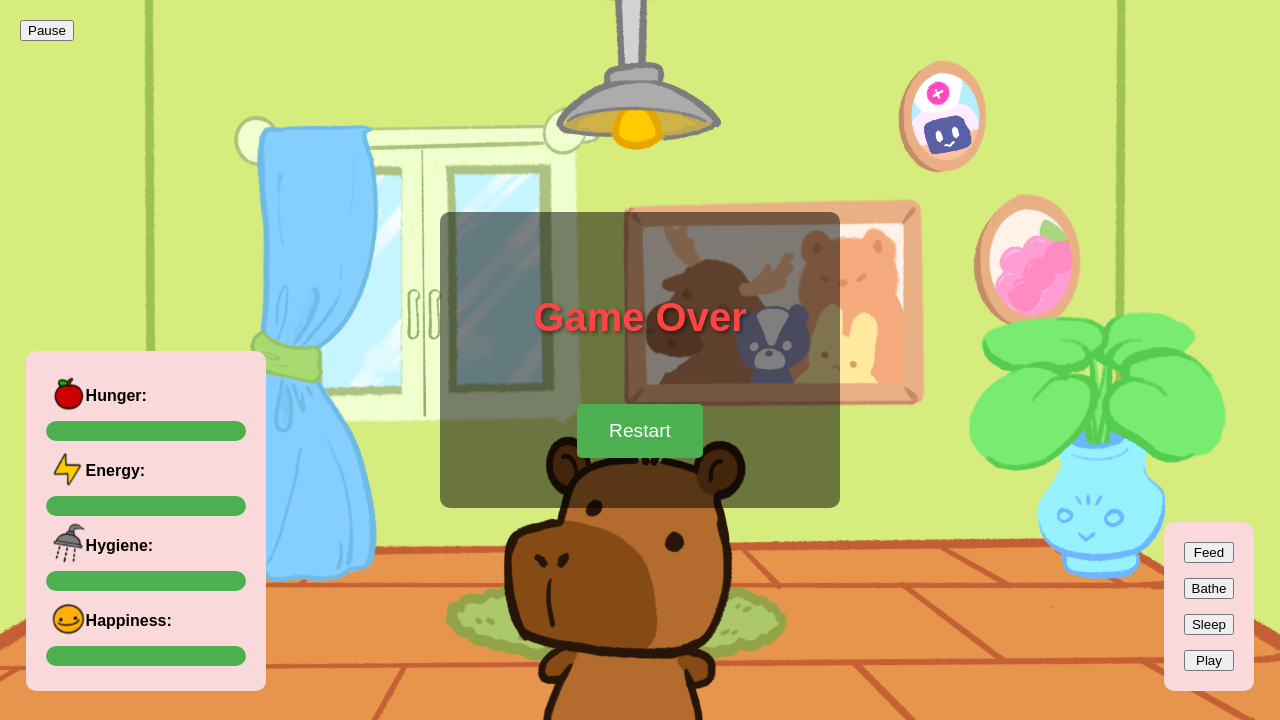
Repository: sarahjx/CapyCare
Page: html/index.html
An editor plug-in stored every save of this project. The page is shown before and after a run of saves, followed by the edit.
The browser window is 1280 px wide. The pictures show the whole page.
Some web fonts or font styles are not loaded; a fallback is used.

Above is the page before, as saved 2025-05-01 14:54:31.
Console error: TypeError: Cannot set properties of null (setting 'innerText')

### html/index.html
<!-- @format -->

<!DOCTYPE html>
<html lang="en">
  <head>
    <meta charset="UTF-8" />
    <meta name="viewport" content="width=device-width, initial-scale=1.0" />
    <title>Virtual Pet Game</title>
    <link rel="preconnect" href="https://fonts.googleapis.com">
    <link rel="preconnect" href="https://fonts.gstatic.com" crossorigin>
    <link href="https://fonts.googleapis.com/css2?family=McLaren&display=swap" rel="stylesheet">
    <link rel="stylesheet" href="../css/statusbar.css" />
  </head>
  <body>

    <div class="pet-container">
      <img class="pet-image" src="../images/capybara.png" alt="capybara" />
    </div>

    <div class="status-bar-container">

      <div class="status-bar">
        <div class="status-icon-container">
        <span class="hunger-icon"><img src="../images/hunger.svg" alt="hunger icon"></span>
        <span class="status-label">Hunger:</span>
        </div>
        <div class="status-progress">
          <div id="hunger-fill" class="status-fill"></div>
        </div>
        <div id="hunger-warning" class="warning"></div>
      </div>

      <div class="status-bar">
        <div class="status-icon-container">
        <span class="energy-icon"><img src="../images/energy.svg" alt="energy icon"></span>
        <span class="status-label">Energy:</span>
        </div>
        <div class="status-progress">
          <div id="energy-fill" class="status-fill"></div>
        </div>
        <div id="energy-warning" class="warning"></div>
      </div>

      <div class="status-bar">
        <div class="status-icon-container">
        <span class="hygiene-icon"><img src="../images/hygiene.svg" alt="hygiene icon"></span>
        <span class="status-label">Hygiene:</span>
        </div>
        <div class="status-progress">
          <div id="hygiene-fill" class="status-fill"></div>
        </div>
        <div id="hygiene-warning" class="warning"></div>
      </div>

      <div class="status-bar">
        <div class="status-icon-container">
        <span class="happiness-icon"><img src="../images/happiness.svg" alt="hygiene icon"></span>
        <span class="status-label">Happiness:</span>
        </div>
        <div class="status-progress">
          <div id="happiness-fill" class="status-fill"></div>
        </div>
        <div id="happiness-warning" class="warning"></div>
      </div>
    </div>

      <div class="action-buttons">
        <button onclick="feedPet(currentPet)">Feed</button>
        <button onclick="bathePet(currentPet)">Bathe</button>
        <button onclick="bedtime(currentPet)">Sleep</button>
        <button onclick="touchPet(currentPet)">Play</button>
      </div>
      <button id="pauseButton" onclick="togglePause()" class="pause-button">
        Pause
      </button>
    </div>

    <div id="gameOverScreen" class="game-over-screen">
      <div class="game-over-content">
        <h2>Game Over</h2>
        <p id="gameOverMessage"></p>
        <button class="restart-button" onclick="resetGame()">Restart</button>
      </div>
    </div>

    <script src="../backend/status.js"></script>
  </body>
</html>

### css/statusbar.css
/** @format */

:root {
  --primary-color: #f9d9d9;
  --secondary-color: #d9e7f9;
  --tertiary-color: #fff1fb;
  --accent-color: #f7efd7;
  --text-color: #333;
  --spacing-xs: 0.5rem;
  --spacing-sm: 0.75rem;
  --spacing-md: 1rem;
  --spacing-lg: 1.5rem;
  --spacing-xl: 2rem;
  --spacing-xxl: 3rem;
  --font-family: "McLaren", sans-serif;
  --font-size-xs: 0.75rem;
  --font-size-sm: 0.875rem;
  --font-size-md: 1rem;
  --font-size-lg: 1.125rem;
  --font-size-xl: 1.25rem;
  --font-size-xxl: 1.5rem;
}

body {
  font-family: var(--font-family);
  margin: 0 auto;
  padding: 20px;
  background-image: url("../images/room.png");
  background-size: cover;
  background-repeat: no-repeat;
  background-attachment: fixed;
  background-position: center;
}

.pet-container {
  display: flex;
  flex-direction: column;
  align-items: center;
  justify-content: center;
}

.pet-image {
  transform: scale(0.3);
  position: fixed;
  margin-top: 1200px;
}

.status-bar-container {
  position: fixed;
  background-color: var(--primary-color);
  padding: 20px;
  border-radius: 10px;
  display: inline-flex;
  flex-direction: column;
  bottom: 4%;
  left: 2%;
}

.status-icon-container {
  display: flex;
  align-items: center;
  margin-bottom: 0;
}

.hunger-icon,
.energy-icon,
.happiness-icon,
.hygiene-icon {
  width: 10px;
  height: auto;
  margin-right: 30px;
}

.status-bar {
  margin: 0;
}

.status-label {
  display: inline-block;
  width: 100px;
  font-weight: bold;
  margin: 0;
}

.status-progress {
  width: 200px;
  height: 20px;
  background-color: #ffffff;
  border-radius: 10px;
  overflow: hidden;
  position: relative;
}

.status-fill {
  height: 100%;
  width: 100%;
  position: absolute;
  left: 0;
  top: 0;
  background-color: #4caf50;
  transition: width 0.3s ease;
}

.status-row {
  display: flex;
  align-items: center;
  gap: 10px;
  margin-bottom: 10px;
}

.status-icon {
  width: 24px;
  height: 24px;
}

.status-value {
  min-width: 50px;
  text-align: right;
  font-weight: bold;
  color: #333;
}

.action-buttons {
  margin-top: 20px;
  display: inline-flex;
  flex-direction: column;
  padding: 20px;
  border-radius: 10px;
  gap: 15px;
  background-color: var(--primary-color);
  position: fixed;
  right: 2%;
  bottom: 4%;
}

button {
ç
}

.restart-button {
  padding-right: 10px;
}

button:hover {
  background-color: #45a049;
}

.warning {
  color: #ff9800;
  font-weight: bold;
  margin-top: 5px;
}

.critical {
  color: #f44336;
  font-weight: bold;
  margin-top: 5px;
}

.hidden {
  display: none;
}

.game-over-overlay {
  position: fixed;
  top: 0;
  left: 0;
  right: 0;
  bottom: 0;
  width: 100vw;
  height: 100vh;
  background-color: rgba(0, 0, 0, 0.2);
  display: none;
  z-index: 1000;
  margin: 0;
  padding: 0;
}

.game-over-content {
  position: fixed;
  display: flex;
  flex-direction: column;
  justify-content: center;
  align-items: center;
  left: 50%;
  top: 50%;
  transform: translate(-50%, -50%);
  padding: 50px;
  background-color: rgba(0, 0, 0, 0.5);
  color: white;
  border-radius: 10px;
  z-index: 1001;
  min-width: 300px;
}

.game-over-content h2 {
  color: #ff4444;
  font-size: 2.5rem;
  text-align: center;
  margin-bottom: 2rem;
  text-shadow: 2px 2px 4px rgba(0, 0, 0, 0.5);
}

.game-over-content button {
  padding: 1rem 2rem;
  font-size: 1.2rem;
  background-color: #4caf50;
  color: white;
  border: none;
  border-radius: 5px;
  cursor: pointer;
  transition: background-color 0.3s;
}

.game-over-content button:hover {
  background-color: #45a049;
}

### backend/status.js
/** @format */

function Personality(favFood, active, clean, clingy, foodLover, introText) {
  this.favFood = favFood;
  this.active = active;
  this.clean = clean;
  this.clingy = clingy;
  this.foodLover = foodLover;
  this.intro = introText;
}

const mix1 = new Personality(
  "Sunfruit",
  true,
  true,
  true,
  true,
  "This pet is energetic and playful, always ready to explore or play. They love the taste of Sunfruit and will happily eat it when offered, but they'll need constant attention, so expect lots of petting and cuddling. Despite their active nature, they stay clean and are easy to bathe. This pet loves affection and will return it in kind!"
);
const mix2 = new Personality(
  "Snakberry",
  true,
  true,
  false,
  true,
  "This pet is full of energy and loves to make the most of their days. They are particularly fond of Snakberries, which they will devour happily, but they tend to get hungry more often due to their high energy levels. Despite their active nature, they keep themselves clean and are easy to bathe. They're not overly clingy, so while they'll happily spend time with you, they won't be demanding affection constantly."
);
const mix3 = new Personality(
  "Dreamleaf",
  false,
  false,
  true,
  false,
  "This pet is laid-back and enjoys spending time with you, always seeking your company. They love Dreamleaf as a treat, but they're not particularly food-driven and don't get hungry as often. While they may get a little dirty from time to time, they tend to move around when you try to bathe them. Expect them to seek out your attention frequently, and be ready to shower them with love when they come to you for pets."
);

const personalities = [mix1, mix2, mix3];

// Global variables
let currentPet = null;
let hunger = 100;
let energy = 100;
let hygiene = 100;
let happiness = 100;
let isGameOver = false;
let isPaused = false;

// Store interval IDs globally
let hungerInterval = null;
let energyInterval = null;
let hygieneInterval = null;
let happinessInterval = null;

// Initialize the game
function initializeGame() {
  currentPet = getRandomPersonality();
  hunger = 100;
  energy = 100;
  hygiene = 100;
  happiness = 100;
  updateStatusBars();
  updateIntervals();
}

function getRandomPersonality() {
  const randomIndex = Math.floor(Math.random() * personalities.length);
  currentPet = personalities[randomIndex];
  console.log("New pet initialized:", currentPet.intro);
  return currentPet;
}

// Personality-based status decrease functions
function decreaseHunger() {
  if (!currentPet || isGameOver) return;
  const decreaseAmount = currentPet.foodLover ? 15 : 10;
  hunger = Math.max(0, hunger - decreaseAmount);
  updateStatusBars();
  if (hunger === 0 && checkGameOver()) return;
}

function decreaseEnergy() {
  if (!currentPet || isGameOver) return;
  const decreaseAmount = currentPet.active ? 15 : 10;
  energy = Math.max(0, energy - decreaseAmount);
  updateStatusBars();
  if (energy === 0 && checkGameOver()) return;
}

function decreaseHygiene() {
  if (!currentPet || isGameOver) return;
  const decreaseAmount = currentPet.clean ? 8 : 12;
  hygiene = Math.max(0, hygiene - decreaseAmount);
  updateStatusBars();
  if (hygiene === 0 && checkGameOver()) return;
}

function decreaseHappiness() {
  if (!currentPet || isGameOver) return;
  const decreaseAmount = currentPet.clingy ? 15 : 10;
  happiness = Math.max(0, happiness - decreaseAmount);
  updateStatusBars();
  if (happiness === 0 && checkGameOver()) return;
}

// Update intervals with personality-based timing
function updateIntervals() {
  // Clear any existing intervals
  if (hungerInterval) clearInterval(hungerInterval);
  if (energyInterval) clearInterval(energyInterval);
  if (hygieneInterval) clearInterval(hygieneInterval);
  if (happinessInterval) clearInterval(happinessInterval);

  // Set new intervals based on personality
  hungerInterval = setInterval(
    () => {
      decreaseHunger();
      warning();
    },
    currentPet.foodLover ? 6000 : 8000
  );

  energyInterval = setInterval(
    () => {
      decreaseEnergy();
      warning();
    },
    currentPet.active ? 8000 : 12000
  );

  hygieneInterval = setInterval(
    () => {
      decreaseHygiene();
      warning();
    },
    currentPet.clean ? 18000 : 15000
  );

  happinessInterval = setInterval(
    () => {
      decreaseHappiness();
      warning();
    },
    currentPet.clingy ? 8000 : 10000
  );

  console.log("Intervals updated for pet:", currentPet.intro);
}

// Pause game function
function pauseGame() {
  if (hungerInterval) clearInterval(hungerInterval);
  if (energyInterval) clearInterval(energyInterval);
  if (hygieneInterval) clearInterval(hygieneInterval);
  if (happinessInterval) clearInterval(happinessInterval);
  console.log("Game paused");
}

// Resume game function
function resumeGame() {
  updateIntervals();
  console.log("Game resumed");
}

function touchPet(personality) {
  if (personality.clingy) {
    gainStatus("happiness");
    console.log("Your pet loves the attention!");
  } else {
    loseStatus("happiness");
    console.log("Your pet prefers their space.");
  }
}

function feedPet(personality) {
  gainStatus("hunger"); // Always increase hunger
  if (personality.foodLover) {
    gainStatus("happiness");
    console.log("Your pet loves the food!");
  } else {
    loseStatus("happiness");
    console.log("Your pet isn't very interested in food.");
  }
}

function bathePet(personality) {
  gainStatus("hygiene"); // Always increase hygiene
  if (personality.clean) {
    gainStatus("happiness");
    console.log("Your pet enjoys being clean!");
  } else {
    loseStatus("happiness");
    console.log("Your pet doesn't like baths.");
  }
}

function bedtime(personality) {
  const petImage = document.querySelector(".pet-image");
  if (petImage) {
    // Store the current image to return to
    const currentImage = petImage.src;

    // Show sleeping animation
    petImage.src = "../images/Sleep.PNG";

    // After 3 seconds, restore the previous state
    setTimeout(() => {
      updatePetImage();
    }, 3000);
  }

  gainStatus("energy"); // Always increase energy
  if (personality.active) {
    loseStatus("happiness");
    console.log("Your pet is too energetic to sleep!");
  } else {
    gainStatus("happiness");
    console.log("Your pet enjoys resting.");
  }
}

function gainStatus(category) {
  switch (category) {
    case "hunger":
      if (hunger >= 100) {
        console.log("Hunger is full!");
      } else if (hunger < 100) {
        hunger += 10;
        console.log("Hunger: " + hunger);
      }
      break;
    case "energy":
      if (energy >= 100) {
        console.log("Energy is full!");
      } else if (energy < 100) {
        energy += 10;
        console.log("Energy: " + energy);
      }
      break;
    case "hygiene":
      if (hygiene >= 100) {
        console.log("Hygiene is full!");
      } else if (hygiene < 100) {
        hygiene += 10;
        console.log("Hygiene: " + hygiene);
      }
      break;
    case "happiness":
      if (happiness >= 100) {
        console.log("Happiness is full!");
      } else if (happiness < 100) {
        happiness += 10;
        console.log("Happiness: " + happiness);
      }
      break;
    default:
      console.log("Invalid category");
  }
}

function loseStatus(category) {
  switch (category) {
    case "hunger":
      if (hunger <= 0) {
        console.log("Hunger is empty!");
        hunger = 0;
      } else if (hunger > 0) {
        hunger -= 10;
        console.log("Hunger: " + hunger);
      }
      break;
    case "energy":
      if (energy <= 0) {
        console.log("Energy is empty!");
        energy = 0;
      } else if (energy > 0) {
        energy -= 10;
        console.log("Energy: " + energy);
      }
      break;
    case "hygiene":
      if (hygiene <= 0) {
        console.log("Hygiene is empty!");
        hygiene = 0;
      } else if (hygiene > 0) {
        hygiene -= 10;
        console.log("Hygiene: " + hygiene);
      }
      break;
    case "happiness":
      if (happiness <= 0) {
        console.log("Happiness is empty!");
        happiness = 0;
      } else if (happiness > 0) {
        happiness -= 3;
        console.log("Happiness: " + happiness);
      }
      break;
    default:
      console.log("Invalid category");
  }
}

function warning() {
  // Hunger warnings
  if (hunger <= 50 && hunger > 20) {
    document.getElementById("hunger-warning").textContent =
      "Your pet is getting hungry!";
    document.getElementById("hunger-warning").className = "warning";
  } else if (hunger <= 20 && hunger > 0) {
    document.getElementById("hunger-warning").textContent =
      "Your pet is starving!";
    document.getElementById("hunger-warning").className = "critical";
  } else {
    document.getElementById("hunger-warning").textContent = "";
  }

  // Energy warnings
  if (energy <= 50 && energy > 20) {
    document.getElementById("energy-warning").textContent =
      "Your pet is getting tired!";
    document.getElementById("energy-warning").className = "warning";
  } else if (energy <= 20 && energy > 0) {
    document.getElementById("energy-warning").textContent =
      "Your pet is exhausted!";
    document.getElementById("energy-warning").className = "critical";
  } else {
    document.getElementById("energy-warning").textContent = "";
  }

  // Hygiene warnings
  if (hygiene <= 50 && hygiene > 20) {
    document.getElementById("hygiene-warning").textContent =
      "Your pet needs a bath!";
    document.getElementById("hygiene-warning").className = "warning";
  } else if (hygiene <= 20 && hygiene > 0) {
    document.getElementById("hygiene-warning").textContent =
      "Your pet is filthy!";
    document.getElementById("hygiene-warning").className = "critical";
  } else {
    document.getElementById("hygiene-warning").textContent = "";
  }

  // Happiness warnings
  if (happiness <= 50 && happiness > 20) {
    document.getElementById("happiness-warning").textContent =
      "Your pet is getting sad!";
    document.getElementById("happiness-warning").className = "warning";
  } else if (happiness <= 20 && happiness > 0) {
    document.getElementById("happiness-warning").textContent =
      "Your pet is depressed!";
    document.getElementById("happiness-warning").className = "critical";
  } else {
    document.getElementById("happiness-warning").textContent = "";
  }
}

function checkGameOver() {
  if (hunger <= 0 || energy <= 0 || hygiene <= 0 || happiness <= 0) {
    isGameOver = true;
    pauseGame();
    showGameOver();
    return true;
  }
  return false;
}

function showGameOver() {
  let reason = "";
  if (hunger <= 0) reason = "Your pet starved to death!";
  else if (energy <= 0) reason = "Your pet died from exhaustion!";
  else if (hygiene <= 0) reason = "Your pet died from poor hygiene!";
  else if (happiness <= 0) reason = "Your pet died from sadness!";

  console.log("GAME OVER: " + reason);
  document.getElementById("gameOverMessage").textContent = reason;
  document.getElementById("gameOverOverlay").style.display = "block";
  document.getElementById("gameOverContent").style.display = "flex";
}

function resetGame() {
  isGameOver = false;
  hunger = 100;
  energy = 100;
  hygiene = 100;
  happiness = 100;
  document.getElementById("gameOverOverlay").style.display = "none";
  document.getElementById("gameOverContent").style.display = "none";
  currentPet = getRandomPersonality();
  updateStatusBars();
  updateIntervals();
}

function togglePause() {
  isPaused = !isPaused;
  const pauseButton = document.getElementById("pauseButton");
  const buttons = document.querySelectorAll(
    ".buttons button:not(#pauseButton)"
  );

  if (isPaused) {
    pauseButton.textContent = "Resume";
    pauseButton.classList.add("paused");
    buttons.forEach((button) => (button.disabled = true));
    pauseGame();
  } else {
    pauseButton.textContent = "Pause";
    pauseButton.classList.remove("paused");
    buttons.forEach((button) => (button.disabled = false));
    resumeGame();
  }
}

// Update status bars
function updateStatusBars() {
  // Update the width of each status bar
  document.getElementById("hunger-fill").style.width = hunger + "%";
  document.getElementById("energy-fill").style.width = energy + "%";
  document.getElementById("happiness-fill").style.width = happiness + "%";
  document.getElementById("hygiene-fill").style.width = hygiene + "%";

  // Update pet image based on status
  updatePetImage();
}

// Override console.log to update UI
const originalConsoleLog = console.log;
console.log = function () {
  originalConsoleLog.apply(console, arguments);
  updateStatusBars();
};

// Simple toggle function
function toggleActions() {
  document.getElementById("action-buttons-column").classList.toggle("hidden");
  document.getElementById("toggle-button").classList.toggle("hidden");
}

// Initialize the game when the page loads
window.addEventListener("load", function () {
  initializeGame();
  // Update status bars every second
  setInterval(updateStatusBars, 1000);
});

// stopwatch

let [hours, minutes, seconds] = [0, 0, 0];
let timer = null;

function updateDisplay() {
  document.getElementById("display").innerText =
    `${String(hours).padStart(2, "0")}:` +
    `${String(minutes).padStart(2, "0")}:` +
    `${String(seconds).padStart(2, "0")}`;
}

function stopwatch() {
  seconds++;
  if (seconds === 60) {
    seconds = 0;
    minutes++;
    if (minutes === 60) {
      minutes = 0;
      hours++;
    }
  }
  updateDisplay();
}

function start() {
  if (timer !== null) return;
  timer = setInterval(stopwatch, 1000);
}

function stop() {
  clearInterval(timer);
  timer = null;
}

function reset() {
  stop();
  [hours, minutes, seconds] = [0, 0, 0];
  updateDisplay();
}

updateDisplay();

function updatePetImage() {
  const petImage = document.querySelector(".pet-image");
  if (!petImage) return;

  // Check if any status is 0 (dead)
  if (hunger <= 0 || energy <= 0 || hygiene <= 0 || happiness <= 0) {
    petImage.src = "../images/Fuckingdead.PNG";
    return;
  }

  // Check for multiple states
  if (hunger <= 60 && hygiene <= 60 && energy <= 60) {
    petImage.src = "../images/Dirty:Hungry:Tired.PNG";
  } else if (hunger <= 60 && hygiene <= 60) {
    petImage.src = "../images/Dirty:hungry.PNG";
  } else if (hunger <= 60 && energy <= 60) {
    petImage.src = "../images/Hungry:Tired.PNG";
  } else if (hygiene <= 60 && energy <= 60) {
    petImage.src = "../images/Dirty:Tired.PNG";
  } else if (energy <= 60) {
    petImage.src = "../images/Sleepy.PNG";
  } else if (hunger <= 60) {
    petImage.src = "../images/Hungry.PNG";
  } else if (hygiene <= 60) {
    petImage.src = "../images/Dirty.PNG";
  } else {
    petImage.src = "../images/Idle.PNG";
  }
}

After the next 6 saves:
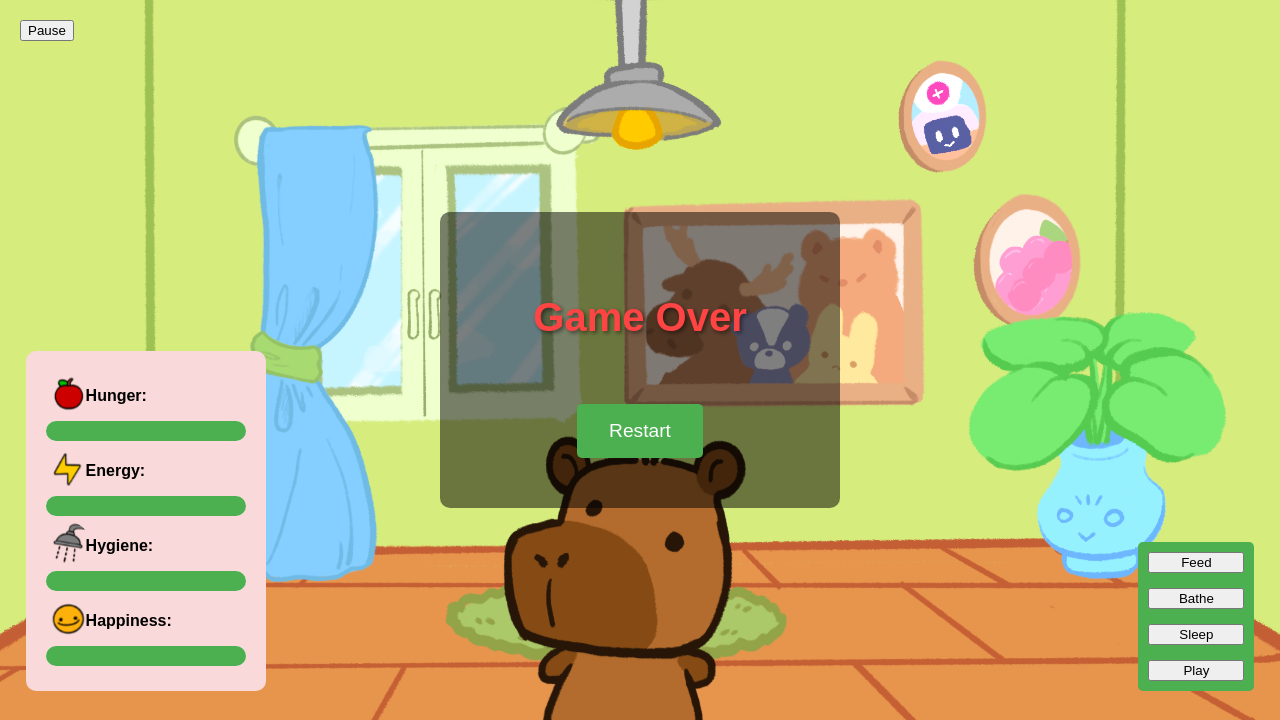
The 6 saves are shown as one change because they came seconds apart.
The last was saved 15 s later.
--- a/css/statusbar.css
+++ b/css/statusbar.css
@@ -131,11 +131,19 @@ body {
   position: fixed;
   right: 2%;
   bottom: 4%;
-}
-
-button {
-ç
-}
+  padding: 10px;
+  border: none;
+  border-radius: 5px;
+  background-color: #4caf50;
+  color: white;
+  cursor: pointer;
+  transition: background-color 0.3s;
+  width: 6rem;
+  font-family: var(--font-family);
+  font-weight: 7pt;
+  font-size: var(--font-size-xl);
+}
+
 
 .restart-button {
   padding-right: 10px;
